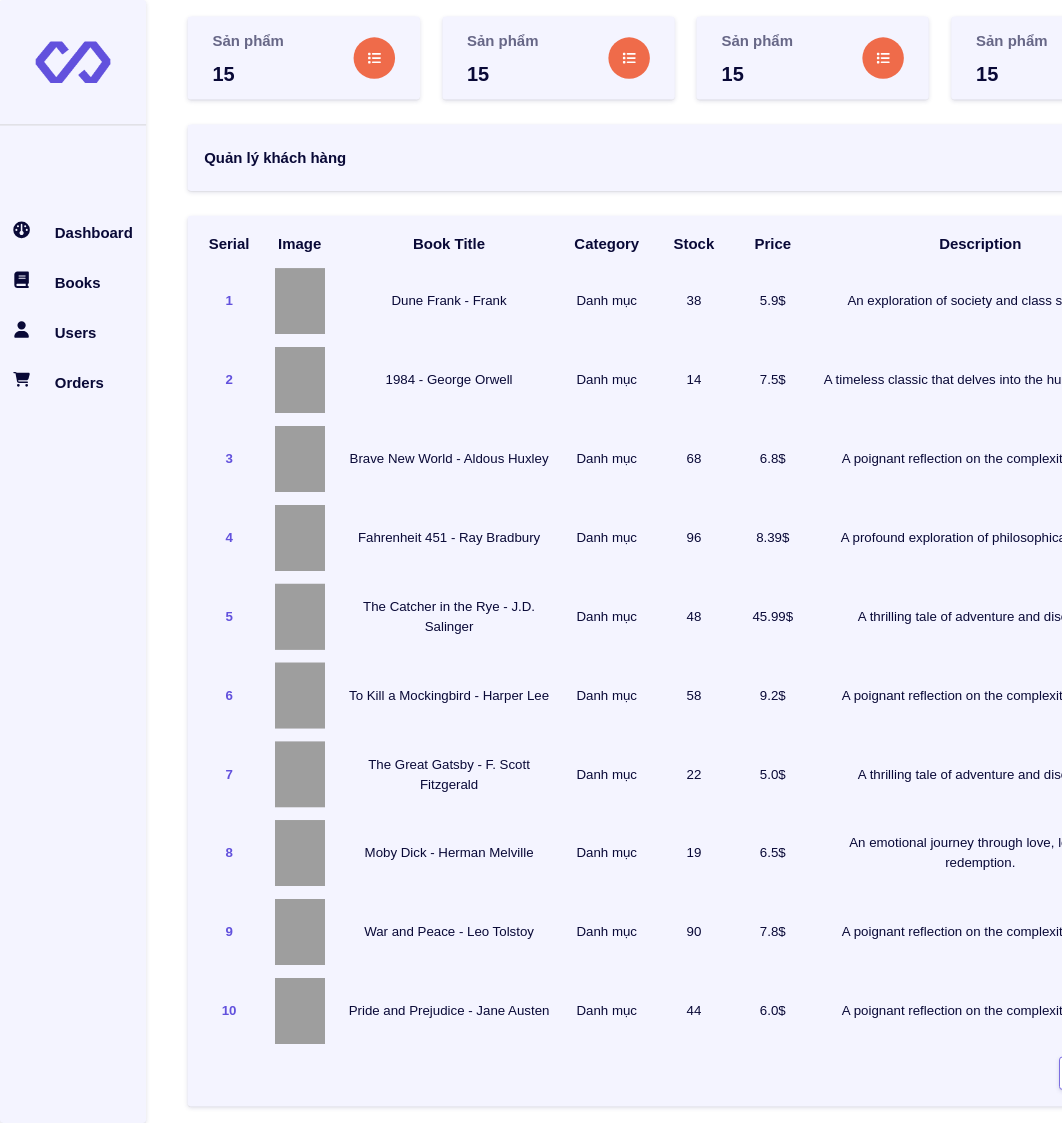
Repository: kauittt/BookStore_FE
Page: / (app in book-store/), after clicking the first element matching `svg.fa-pen`
An editor plug-in stored every save of this project. The page is shown before and after the next save, followed by the edit.
The browser window is 1280 px wide. The pictures show the whole page, at 83% of full size.
Pictures or frames that could not be fetched are drawn as grey boxes. The project was rebuilt for these pictures with package versions that can differ from the ones it lists, and the page was loaded fresh each time. Also part of the build but not shown: book-store/vite.config.js, book-store/src/components/elements/FormInput.jsx, book-store/src/components/login-signup/Login.jsx, book-store/src/components/book/BookItem.jsx, book-store/src/components/book/BookList.jsx, book-store/src/components/elements/BackNavigation.jsx, book-store/src/components/book/BookDetail.jsx, book-store/src/components/cart/QuantitySelector.jsx and 4 more.

Above is the page before, as saved 2024-07-20 11:49:15.

### book-store/src/App.jsx
import Login from "./components/login-signup/Login";
import BookItem from "./components/book/BookItem";
import BookList from "./components/book/BookList";
import BookDetail from "./components/book/BookDetail";
import CartItem from "./components/cart/CartItem";
import Cart from "./components/cart/Cart";
import Checkout from "./components/checkout/Checkout";
import AdminNav from "./components/admin/AdminNav";
import ManageList from "./components/admin/ManageList";
import AdminPage from "./components/admin/AdminPage";
import Card from "./components/elements/Card";

const App = () => {
    //! Width - Height: 1536 - 703
    //! 270 - 255
    //! Width: 0.9
    //! Height: 0.585

    //* Semibold - Normal
    //* 3xl (Tiêu đề to) - lg (To hơn bình thường) - sm (Chú thích nhỏ) - Normal

    const data = [
        {
            image: "https://nhasachphuongnam.com/images/thumbnails/240/290/detailed/287/con-duong-hoi-giao-tb-2024.jpg",
            price: "5.9",
            name: "Dune Frank ",
            author: "Frank ",
        },
        {
            image: "https://i.pinimg.com/474x/57/70/55/5770553158ceac5870925fd79f9699eb.jpg",
            price: "7.5",
            name: "1984",
            author: "George Orwell",
        },
        {
            image: "https://listsach.com/wp-content/uploads/2020/05/bia-sach-dep-ngoi-nha-nghin-hanh-lang.jpg",
            price: "6.8",
            name: "Brave New World",
            author: "Aldous Huxley",
        },
        {
            image: "https://listsach.com/wp-content/uploads/2020/05/quyen-sach-co-bia-dep-khong-gia-dinh.jpg",
            price: "8.39",
            name: "Fahrenheit 451",
            author: "Ray Bradbury",
        },
        {
            image: "https://salt.tikicdn.com/cache/w1200/ts/product/03/ee/cc/9e91a112fb77049e9167f41ef62f832e.jpeg",
            price: "45.99",
            name: "The Catcher in the Rye",
            author: "J.D. Salinger",
        },
        {
            image: "https://intamphuc.vn/wp-content/uploads/2023/06/mau-bia-sach-dep-4.jpg",
            price: "9.2",
            name: "To Kill a Mockingbird",
            author: "Harper Lee",
        },
        {
            image: "https://vietart.co/blog/wp-content/uploads/2014/01/2_thiet_ke_bia_sach_dep_20.jpg",
            price: "5.0",
            name: "The Great Gatsby",
            author: "F. Scott Fitzgerald",
        },
        {
            image: "https://thegioidohoa.com/wp-content/uploads/2017/08/tong-hop-20-mau-bia-sach-doc-dao-nhat-nam-2017-7.jpg",
            price: "6.5",
            name: "Moby Dick",
            author: "Herman Melville",
        },
        {
            image: "https://encrypted-tbn0.gstatic.com/images?q=tbn:ANd9GcRVxy22da304ThgqLt9eKkHoYNLhIEgOL5vLCuA0X--bl323dKTKr0Q_H8tqkGQcfgcqA8&usqp=CAU",
            price: "7.8",
            name: "War and Peace",
            author: "Leo Tolstoy",
        },
        {
            image: "https://intamphuc.vn/wp-content/uploads/2023/06/mau-bia-sach-dep-2.jpg",
            price: "6.0",
            name: "Pride and Prejudice",
            author: "Jane Austen",
        },
    ];

    // Các mô tả mẫu để sử dụng
    const descriptions = [
        "A timeless classic that delves into the human psyche.",
        "An exploration of society and class struggles.",
        "A thrilling tale of adventure and discovery.",
        "A thought-provoking story that challenges conventional wisdom.",
        "A masterpiece of modern literature.",
        "A poignant reflection on the complexities of life.",
        "A gripping narrative that captivates the reader from start to finish.",
        "An emotional journey through love, loss, and redemption.",
        "A profound exploration of philosophical themes.",
        "An unforgettable story of courage and resilience.",
    ];

    // Hàm tạo số lượng ngẫu nhiên từ 1 đến 100
    function getRandomQuantity() {
        return Math.floor(Math.random() * 100) + 1;
    }

    // Hàm tạo mô tả ngẫu nhiên từ danh sách mô tả mẫu
    function getRandomDescription() {
        const index = Math.floor(Math.random() * descriptions.length);
        return descriptions[index];
    }

    // Tạo dữ liệu đa dạng cho mảng data
    const enhancedData = data.map((item) => ({
        ...item,
        quantity: getRandomQuantity(),
        description: getRandomDescription(),
    }));

    const detail = {
        image: "https://nhasachphuongnam.com/images/thumbnails/240/290/detailed/287/con-duong-hoi-giao-tb-2024.jpg",
        price: "5.9",
        name: "Dune",
        author: "Frank Herbert ",
        quantity: 10,
        description:
            "Contrary to popular belief, Lorem Ipsum is not simply random text. It has roots in a piece of classical Latin literature from 45 BC, making it over 2000 years old. Richard McClintock, a Latin professor at Hampden-Sydney College in Virginia, looked up one of the more obscure Latin words, consectetur, from a Lorem Ipsum passage, and going through the cites of the word in classical literature, discovered the undoubtable source. Lorem Ipsum comes from sections",
    };

    //! Sửa chổ quantity*price trong tính cart, checkout
    return (
        // container mx-auto
        <div className="text-text-normal  cursor-default select-none">
            {/* <Card name="Sản phẩm" quantity="15" icon={faList}></Card> */}

            <AdminPage books={enhancedData}></AdminPage>
            {/* <ManageList books={enhancedData}></ManageList> */}
            {/* <AdminNav></AdminNav> */}
            {/* <Checkout books={enhancedData}></Checkout> */}
            {/* <Cart books={enhancedData}></Cart> */}
            {/* <CartItem book={detail}></CartItem> */}
            {/* <BookDetail book={detail}></BookDetail> */}
            {/* <BookList title="Classic" books={data}></BookList> */}
            {/* <Login></Login> */}
        </div>
    );
};

export default App;

### book-store/src/index.css
@tailwind base;
@tailwind components;
@tailwind utilities;

.container {
    width: 100%;
}
@media (min-width: 640px) {
    .container {
        max-width: 640px;
    }
}
@media (min-width: 768px) {
    .container {
        max-width: 768px;
    }
    @media (min-width: 1024px) {
        .container {
            max-width: 1024px;
        }
    }
    @media (min-width: 1280px) {
        .container {
            max-width: 1280px;
        }
    }
    @media (min-width: 1400px) {
        .container,
        .container-lg,
        .container-md,
        .container-sm,
        .container-xl,
        .container-xxl {
            max-width: 1320px;
        }
    }
}

### book-store/src/components/admin/AdminNav.jsx
import PropTypes from "prop-types";
import { FontAwesomeIcon } from "@fortawesome/react-fontawesome";
import {
    faCartShopping,
    faUser,
    faBook,
    faGauge,
} from "@fortawesome/free-solid-svg-icons";

const AdminNav = () => {
    return (
        <div
            className="flex flex-col  gap-[100px]
            font-semibold text-lg  w-[260px]
            bg-bgr-main shadow-custom rounded"
        >
            <div
                className="w-full flex justify-center mt-[50px] pb-[50px]
            border-b border-border"
            >
                <img
                    src="./image/Logo.png"
                    alt="Logo"
                    className="w-[90px] h-[50px]  object-cover"
                />
            </div>

            <div>
                <div
                    className="p-[16px]
            transition-all duration-200 ease-in-out
            group hover:bg-bgr-white hover:shadow-custom rounded
            cursor-pointer"
                >
                    <p className="flex gap-[10px]">
                        <FontAwesomeIcon
                            className="mr-[20px] w-[20px] h-[20px]"
                            icon={faGauge}
                        />
                        Dashboard
                    </p>
                </div>
                <div
                    className="p-[16px]
            transition-all duration-200 ease-in-out
            group hover:bg-bgr-white hover:shadow-custom rounded
            cursor-pointer"
                >
                    <p className="flex gap-[10px]">
                        <FontAwesomeIcon
                            className="mr-[20px] w-[20px] h-[20px]"
                            icon={faBook}
                        />
                        Books
                    </p>
                </div>
                <div
                    className="p-[16px]
            transition-all duration-200 ease-in-out
            group hover:bg-bgr-white hover:shadow-custom rounded
            cursor-pointer"
                >
                    <p className="flex gap-[10px]">
                        <FontAwesomeIcon
                            className="mr-[20px]  w-[20px] h-[20px]"
                            icon={faUser}
                        />
                        Users
                    </p>
                </div>
                <div
                    className="p-[16px]
            transition-all duration-200 ease-in-out
            group hover:bg-bgr-white hover:shadow-custom rounded
            cursor-pointer"
                >
                    <p className="flex gap-[10px]">
                        <FontAwesomeIcon
                            className="mr-[20px] w-[20px] h-[20px]"
                            icon={faCartShopping}
                        />
                        Orders
                    </p>
                </div>
            </div>
        </div>
    );
};

AdminNav.propTypes = {
    book: PropTypes.object,
};
export default AdminNav;

### book-store/src/components/admin/ManageList.jsx
import React from "react";
import PropTypes from "prop-types";
import { FontAwesomeIcon } from "@fortawesome/react-fontawesome";
import {
    faCartShopping,
    faUser,
    faBook,
    faGauge,
} from "@fortawesome/free-solid-svg-icons";
import ManageItem from "./ManageItem";
import FormButton from "./../elements/FormButton";
const ManageList = (props) => {
    const category = [
        {
            group: "Order",
            fields: [
                { name: "Serial", width: "50px" },
                { name: "Customer Name", width: "150px" },
                { name: "Book Title", width: "150px" },
                { name: "Quantity", width: "100px" },
                { name: "Price", width: "100px" },
                { name: "Phone Number", width: "100px" },
                { name: "Address", flex: "1" }, // Use flex for flexible widths
            ],
        },
        {
            group: "Book",
            fields: [
                { name: "Serial", style: "w-[60px] text-center" },
                { name: "Image", style: "w-[80px] text-center" },
                { name: "Book Title", style: "w-[250px] text-center" },
                { name: "Category", style: "w-[100px] text-center" },
                { name: "Stock", style: "w-[80px] text-center" },
                { name: "Price", style: "w-[80px] text-center" },
                { name: "Description", style: "flex-1 text-center" },
            ],
        },
        {
            group: "User",
            fields: [
                { name: "Serial", width: "50px" },
                { name: "Username", width: "150px" },
                { name: "Name", width: "200px" },
                { name: "Role", width: "100px" },
                { name: "Email", width: "200px" },
                { name: "Phone Number", width: "150px" },
                { name: "Address", flex: "1" },
            ],
        },
    ];

    return (
        <div
            className="max-w-[1200px] w-[1200px] p-[20px] pr-[50px]
        flex flex-col gap-[15px] bg-bgr-main shadow-custom rounded"
        >
            {/*//* Category */}
            <div
                className="flex justify-between items-center gap-[15px]
            font-semibold text-lg"
            >
                {category[1].fields.map((field, index) => (
                    <p key={index} className={`${field.style} `}>
                        {field.name}
                    </p>
                ))}
            </div>

            {/*//* List Item */}
            <div className="flex flex-col gap-[15px]">
                {props.books.map((book, index) => (
                    <ManageItem
                        data={book}
                        category={category[1].fields}
                        key={index}
                        index={index}
                    ></ManageItem>
                ))}
            </div>

            <div className="flex justify-end">
                <FormButton name="Checkout"></FormButton>
            </div>
        </div>
    );
};
ManageList.propTypes = {
    books: PropTypes.array,
};
export default ManageList;

### book-store/src/components/admin/AdminPage.jsx
import React from "react";
import PropTypes from "prop-types";
import ManageList from "./ManageList";
import AdminNav from "./AdminNav";
import Card from "./../elements/Card";
import ManageTitle from "./ManageTitle";
import { FontAwesomeIcon } from "@fortawesome/react-fontawesome";
import {
    faCircleUser,
    faCartShopping,
    faHandHoldingDollar,
    faList,
} from "@fortawesome/free-solid-svg-icons";

const AdminPage = (props) => {
    return (
        <div
            className="flex gap-[30px] justify-between
        max-h-full overflow-hidden
        "
        >
            <AdminNav></AdminNav>
            <div className="flex flex-col gap-[30px] p-[20px]">
                <div className="flex justify-between items-center ">
                    <Card name="Sản phẩm" quantity={15} icon={faList}></Card>
                    <Card name="Sản phẩm" quantity={15} icon={faList}></Card>
                    <Card name="Sản phẩm" quantity={15} icon={faList}></Card>
                    <Card name="Sản phẩm" quantity={15} icon={faList}></Card>
                </div>
                <ManageTitle
                    name="Quản lý khách hàng"
                    button="Add User"
                ></ManageTitle>
                <ManageList books={props.books}></ManageList>
            </div>
        </div>
    );
};

AdminPage.propTypes = {
    books: PropTypes.array,
};
export default AdminPage;

### book-store/src/components/elements/Card.jsx
import React from "react";
import PropTypes from "prop-types";
import { FontAwesomeIcon } from "@fortawesome/react-fontawesome";
import {
    faCircleUser,
    faCartShopping,
    faHandHoldingDollar,
    faList,
} from "@fortawesome/free-solid-svg-icons";
const Card = (props) => {
    return (
        <div
            className="flex items-center justify-between
            w-[280px] h-[100px] bg-bgr-main p-[30px]
        rounded shadow-custom"
        >
            <div className="flex flex-col gap-[10px]">
                <p className="text-lg text-text-light font-semibold">
                    {props.name}
                </p>
                <p className="text-2xl font-semibold">{props.quantity}</p>
            </div>
            <FontAwesomeIcon
                className="p-[17px] rounded-full
             bg-bgr-color text-text-white"
                icon={props.icon}
            />
            {/* <FontAwesomeIcon icon={faCartShopping} />
            <FontAwesomeIcon icon={faHandHoldingDollar} />
            <FontAwesomeIcon icon={faCircleUser} /> */}
        </div>
    );
};

Card.propTypes = {
    name: PropTypes.string,
    quantity: PropTypes.number,
    icon: PropTypes.object,
    color: PropTypes.string,
};
export default Card;

### book-store/src/components/elements/FormButton.jsx
import PropTypes from "prop-types";

const FormButton = ({
    name = "Button",
    main = true,
    type = "button",
    disabled = false,
    ...props
}) => {
    return (
        <button
            type={type}
            disabled={disabled}
            className={`m-w-[100px] w-[100px] m-h-[40px] h-[40px] leading-[40px]
            rounded text-lg font-semibold
            flex items-center justify-center
            cursor-pointer shadow-custom
            transition-all duration-200 ease-in-out
            bg-bgr-white
            ${main ? "bg-bgr-white" : "bg-bgr-white"}
            ${main ? "text-text-color" : "text-bgr-color"}
            ${
                main
                    ? "border border-text-color hover:bg-text-color hover:text-text-white"
                    : "border border-bgr-color hover:bg-bgr-color hover:text-text-white"
            }
            `}
            {...props}
        >
            {name}
        </button>
    );
};

FormButton.propTypes = {
    main: PropTypes.bool,
    name: PropTypes.string.isRequired,
    type: PropTypes.string,
    disabled: PropTypes.bool,
};

export default FormButton;

### book-store/src/components/admin/ManageItem.jsx
import PropTypes from "prop-types";
import { FontAwesomeIcon } from "@fortawesome/react-fontawesome";
import { faPen } from "@fortawesome/free-solid-svg-icons";

const ManageItem = (props) => {
    // STT | Tên khách | Tên sách | Số lượng | Giá     | Phone | Address
    // STT | Hình      | Tên sách | Danh mục | Tồn kho | Giá   | Mô tả
    // STT | Username  | Name     | Role     | Email   | Phone | Address

    const isImage = props.data.image ? true : false;
    // console.log(props.data);
    // console.log(props.category);

    return (
        <div
            className="flex justify-between  items-center
                gap-[15px] h-[80px] relative"
        >
            <p
                className={`${props.category[0].style} font-semibold text-text-color`}
            >
                {props.index + 1}
            </p>

            {isImage ? (
                <div
                    className={`${props.category[1].style} h-full
                flex items-center justify-center`}
                >
                    <img
                        className="w-[60px] h-full object-cover"
                        src={props.data.image}
                        alt="Image"
                    />
                </div>
            ) : (
                <p className={`${props.category[1].style} `}>Tăng Khải Minh</p>
            )}

            <p className={`${props.category[2].style} `}>
                {props.data.name + " - " + props.data.author}
            </p>

            <p className={`${props.category[3].style} `}>Danh mục</p>

            <p className={`${props.category[4].style} `}>
                {props.data.quantity}
            </p>

            <p className={`${props.category[5].style} `}>{props.data.price}$</p>

            <p className={`${props.category[6].style} relative`}>
                {props.data.description}
            </p>
            <FontAwesomeIcon
                className="absolute right-[-40px] p-[10px] rounded cursor-pointer
                text-bgr-color
                transition-all duration-200 ease-in-out
                hover:bg-bgr-color hover:text-text-white  "
                icon={faPen}
            />
        </div>
    );
};
ManageItem.propTypes = {
    data: PropTypes.object,
    category: PropTypes.array,
    index: PropTypes.number,
};
export default ManageItem;

### book-store/src/components/admin/ManageTitle.jsx
import React from "react";
import PropTypes from "prop-types";
import FormButton from "./../elements/FormButton";

const ManageTitle = (props) => {
    return (
        <div
            className="flex justify-between items-center
        h-[80px] bg-bgr-main p-[20px]
            rounded shadow-custom"
        >
            <p className="font-semibold text-lg">{props.name}</p>
            <FormButton name={props.button}></FormButton>
        </div>
    );
};

ManageTitle.propTypes = {
    name: PropTypes.string,
    button: PropTypes.string,
};

export default ManageTitle;

### book-store/tailwind.config.js
/** @type {import('tailwindcss').Config} */
export default {
    content: ["./index.html", "./src/**/*.{js,ts,jsx,tsx}"],
    theme: {
        colors: {
            //* Background
            "bgr-main": "#F4F4FF",
            "bgr-color": "#EF6B4A", // Màu cam
            "bgr-color-hover": "#C2371E", // Darker for hover
            "bgr-white": "#FFFFFF",

            //* Text
            "text-normal": "#090937",
            "text-color": "#6251DD", // Màu tím
            "text-color-hover": "#4937B8", // Darker for hover
            "text-light": "#676787",
            "text-white": "#FFFFFF",
            "text-error": "#e74c3c", // Màu đỏ
            "text-error-hover": "#c0392b", // Darker for hover

            //* Border
            border: "#cfcfcf",
        },
        extend: {
            fontFamily: {
                sans: ["Manrope", "sans-serif"],
            },
            boxShadow: {
                custom: "rgba(50, 50, 105, 0.15) 0px 2px 5px 0px, rgba(0, 0, 0, 0.05) 0px 1px 1px 0px",
            },
        },
    },
    plugins: [],
};

Loaded but not shown: book-store/index.html (common file); book-store/src/main.jsx (common file)

After the next save:
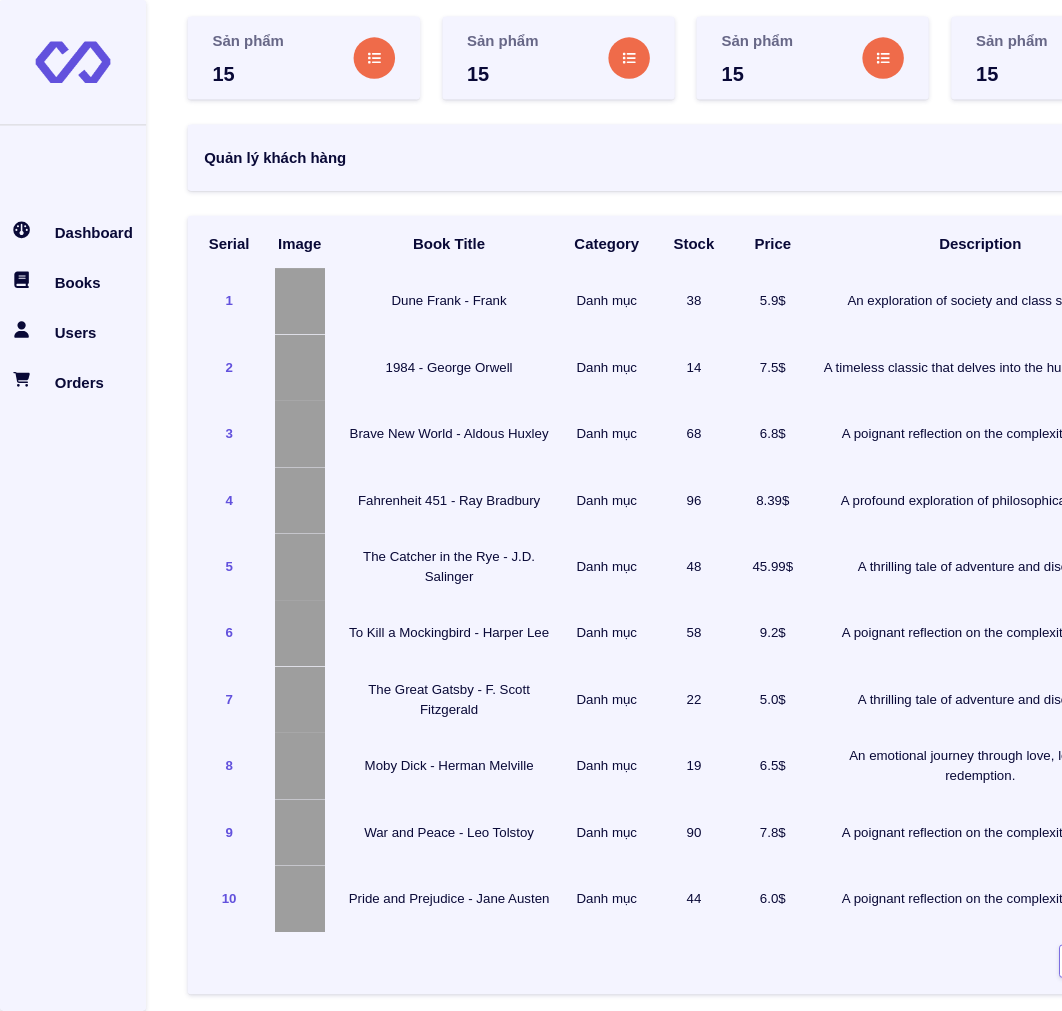
Saved 96 s later.
--- a/book-store/src/components/admin/ManageList.jsx
+++ b/book-store/src/components/admin/ManageList.jsx
@@ -67,7 +67,7 @@
             </div>
 
             {/*//* List Item */}
-            <div className="flex flex-col gap-[15px]">
+            <div className="flex flex-col">
                 {props.books.map((book, index) => (
                     <ManageItem
                         data={book}
